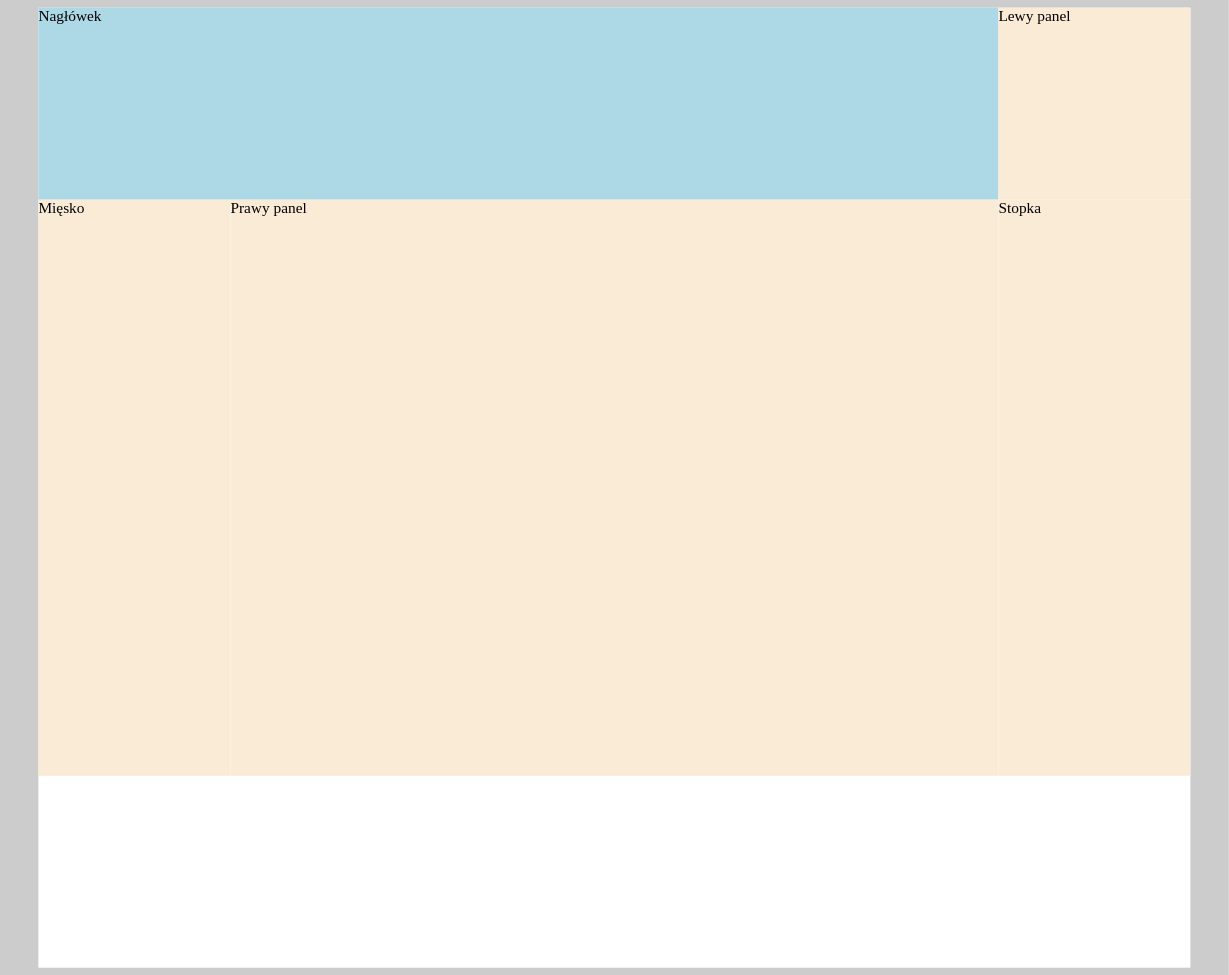
Repository: Gumiin/studia
Page: wykłady/14.04/index.html
The author's editor kept a copy of each file at every save. The page is drawn from the files as they stood at one save, then again after the next save.
The browser window is 1280 px wide. The pictures show the whole page, at 96% of full size.

Above is the page before, as saved 2021-04-14 13:58:05.

### wykłady/14.04/index.html
<!DOCTYPE html>
<html lang="en">
<head>
    <meta charset="UTF-8">
    <meta http-equiv="X-UA-Compatible" content="IE=edge">
    <meta name="viewport" content="width=device-width, initial-scale=1.0">
    <link rel="stylesheet" href="style.css">
    <title>Document</title>
</head>
<body>
    <main>
        <header>Nagłówek</header>
        <aside>Lewy panel</aside>
        <article>Mięsko</article>
        <section>Prawy panel</section>
        <footer>Stopka</footer>
    </main>
</body>
</html>

### wykłady/14.04/style.css
body{
    background-color: #ccc;
}
main{
    margin: 0 auto;
    background:#fff;
    /*height: 800px;*/
    width: 1200px;
    display: grid;
    grid-template-columns: 200px 800px 200px;
    grid-template-rows: 200px 600px 200px;
    /*grid-auto-rows: 400px;*/
}
main > *{
    background-color: antiquewhite;
}
header{
    background-color: lightblue;
    grid-column-start: 1;
    grid-column-end: 3;
}

After the next save:
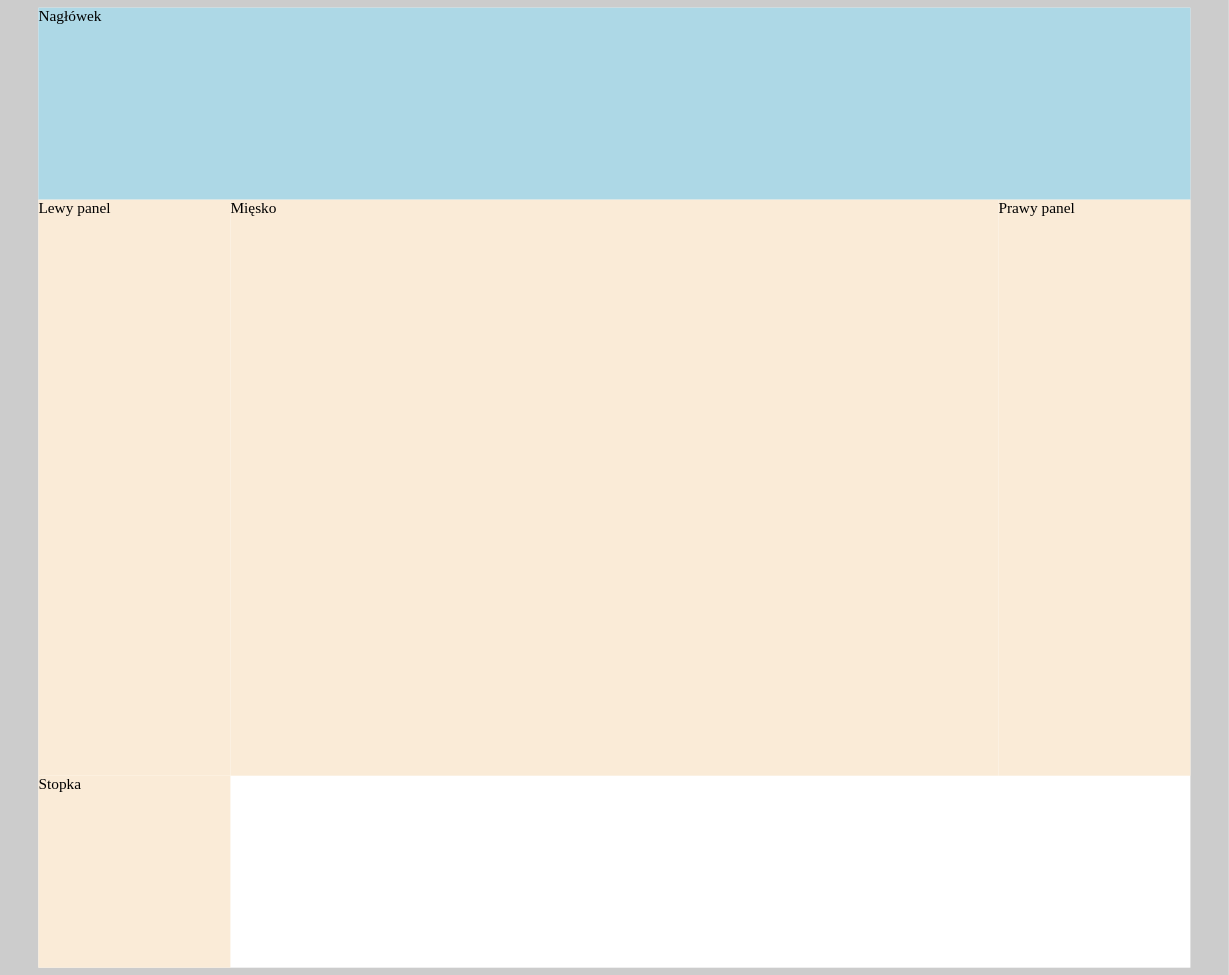
Saved 83 s later.
--- a/wykłady/14.04/style.css
+++ b/wykłady/14.04/style.css
@@ -17,5 +17,5 @@
 header{
     background-color: lightblue;
     grid-column-start: 1;
-    grid-column-end: 3;
+    grid-column-end: 4;
 }
